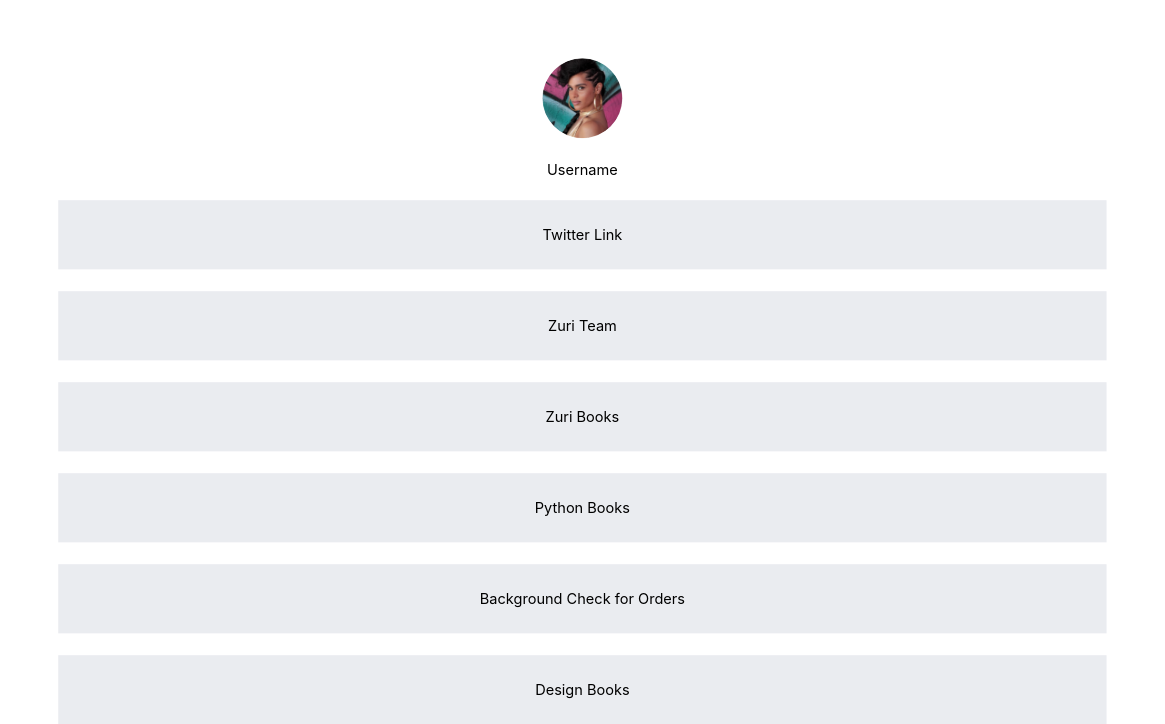
Repository: uh-sman/Zuri-task-one
Page: /
The author's editor kept a copy of each file at every save. The page is drawn from the files as they stood at one save, then again after the next save.
The browser window is 1280 px wide. The pictures show the whole page, at 91% of full size.
The project was rebuilt for these pictures with package versions that can differ from the ones it lists, and the page was loaded fresh each time.

Above is the page before, as saved 2022-10-23 19:24:37.

After the next save:
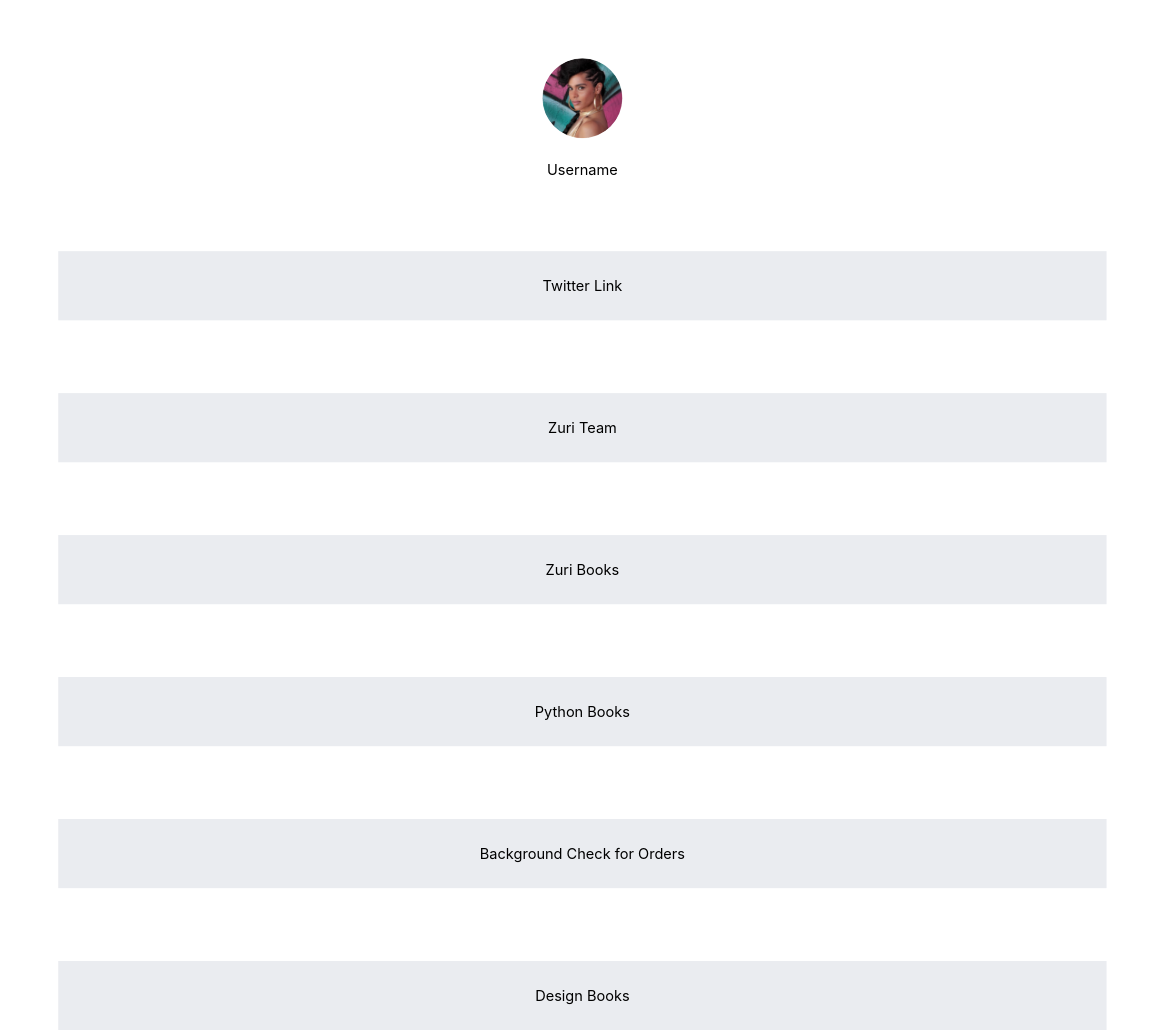
Saved 6 min 36 s later.
--- a/src/Components/body.css
+++ b/src/Components/body.css
@@ -3,6 +3,7 @@
   flex-direction: column;
   align-items: center;
   padding: 0px;
+  margin-top: 56px;
   /* gap: 24px; */
   /* isolation: isolate; */
 }

After the save that followed:
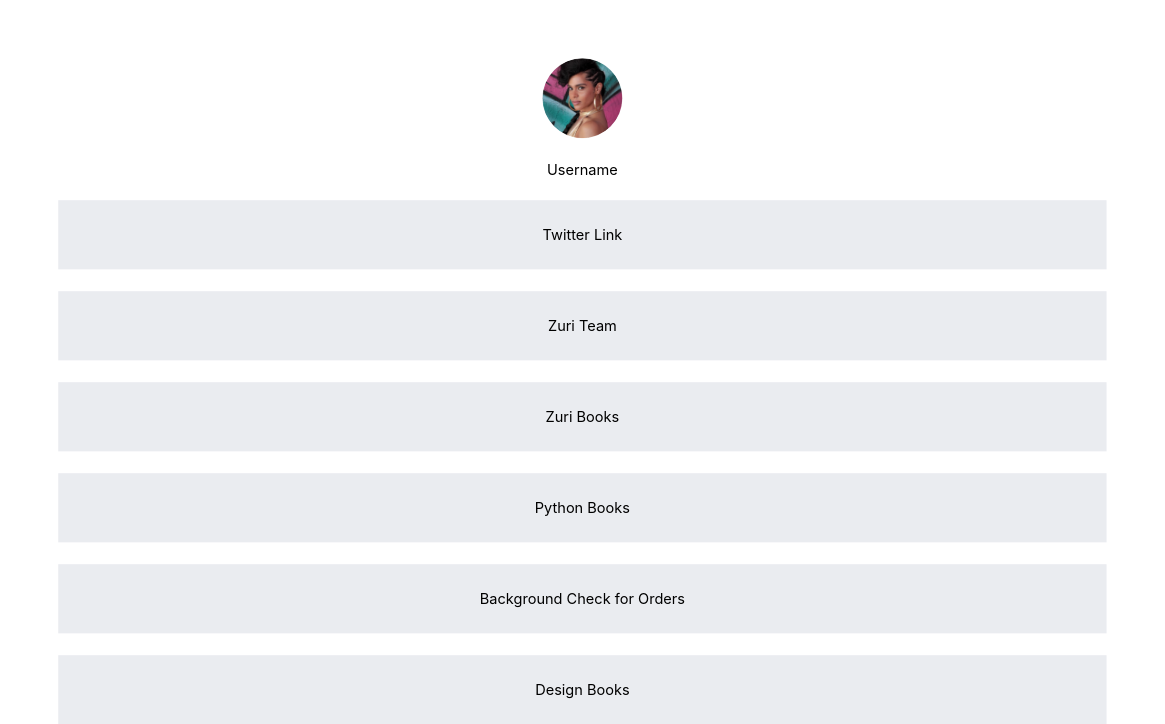
Saved 18 s later.
--- a/src/Components/body.css
+++ b/src/Components/body.css
@@ -3,7 +3,7 @@
   flex-direction: column;
   align-items: center;
   padding: 0px;
-  margin-top: 56px;
+  /* margin-top: 56px; */
   /* gap: 24px; */
   /* isolation: isolate; */
 }
